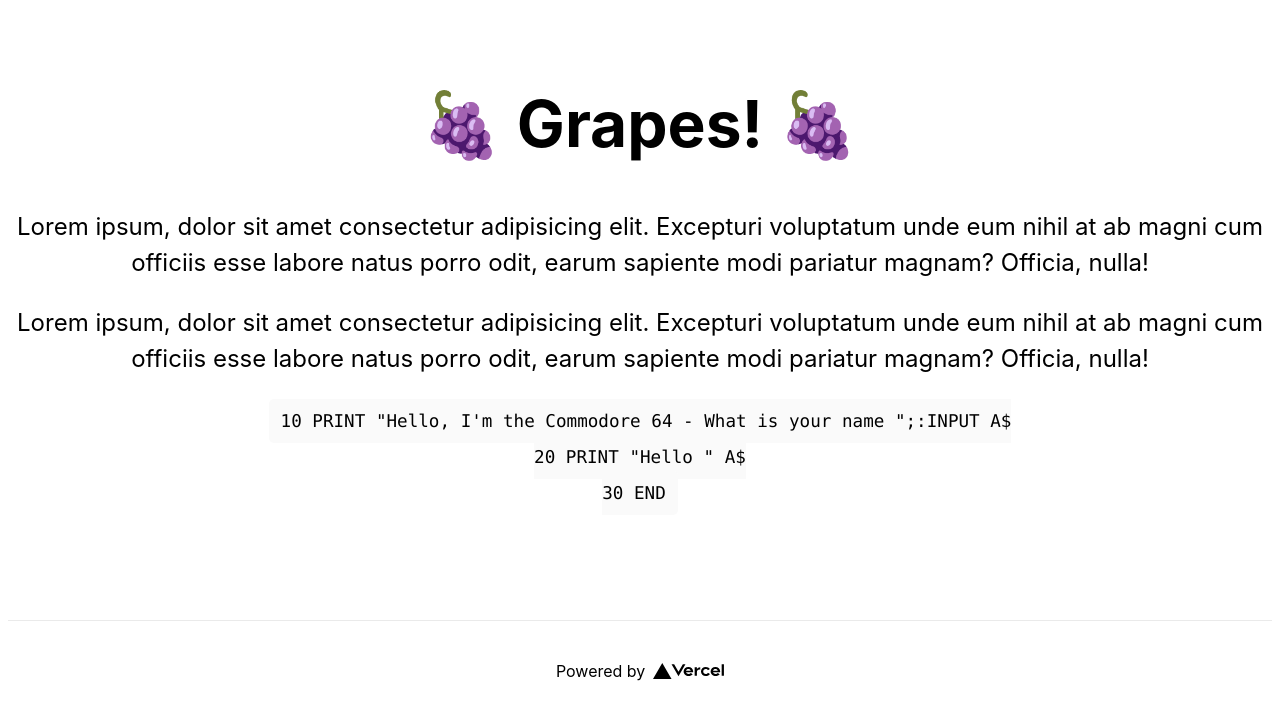
Repository: technogize/next-test-site
Page: /
These files come from the project's save history. The page is drawn as it stood at one moment and after the next save; the edit follows.
The browser window is 1280 px wide. The pictures show the whole page.
The project was rebuilt for these pictures with package versions that can differ from the ones it lists, and the page was loaded fresh each time. The framework's server and built-in components were replaced by stand-ins that run in the browser.

Above is the page before, as saved 2021-10-02 08:45:57.

### pages/index.js
import Head from 'next/head'
import styles from '../styles/Home.module.css'

export default function Home() {
  return (
    <div className={styles.container}>
      <Head>
        <title>Home 🍇 Mo's Next Site</title>
        <link rel="icon" href="/favicon.ico" />
      </Head>

      <main className={styles.main}>
        <h1 className={styles.title}>
          🍇 Grapes! 🍇
        </h1>

        <p className={styles.description}>
          <p>Lorem ipsum, dolor sit amet consectetur adipisicing elit. Excepturi voluptatum unde eum nihil at ab magni cum officiis esse labore natus porro odit, earum sapiente modi pariatur magnam? Officia, nulla!</p>
          <p>Lorem ipsum, dolor sit amet consectetur adipisicing elit. Excepturi voluptatum unde eum nihil at ab magni cum officiis esse labore natus porro odit, earum sapiente modi pariatur magnam? Officia, nulla!</p>
          <code className={styles.code}>
            10 PRINT "Hello, I'm the Commodore 64 - What is your name ";:INPUT A$ <br />
            20 PRINT "Hello " A$<br />
            30 END
          </code>
        </p>

      </main>

      <footer className={styles.footer}>
        <a
          href="https://vercel.com?utm_source=create-next-app&utm_medium=default-template&utm_campaign=create-next-app"
          target="_blank"
          rel="noopener noreferrer"
        >
          Powered by{' '}
          <img src="/vercel.svg" alt="Vercel Logo" className={styles.logo} />
        </a>
      </footer>
    </div>
  )
}

Loaded but not shown: pages/_app.js (common file); styles/globals.css (common file); styles/Home.module.css (common file)

After the next save:
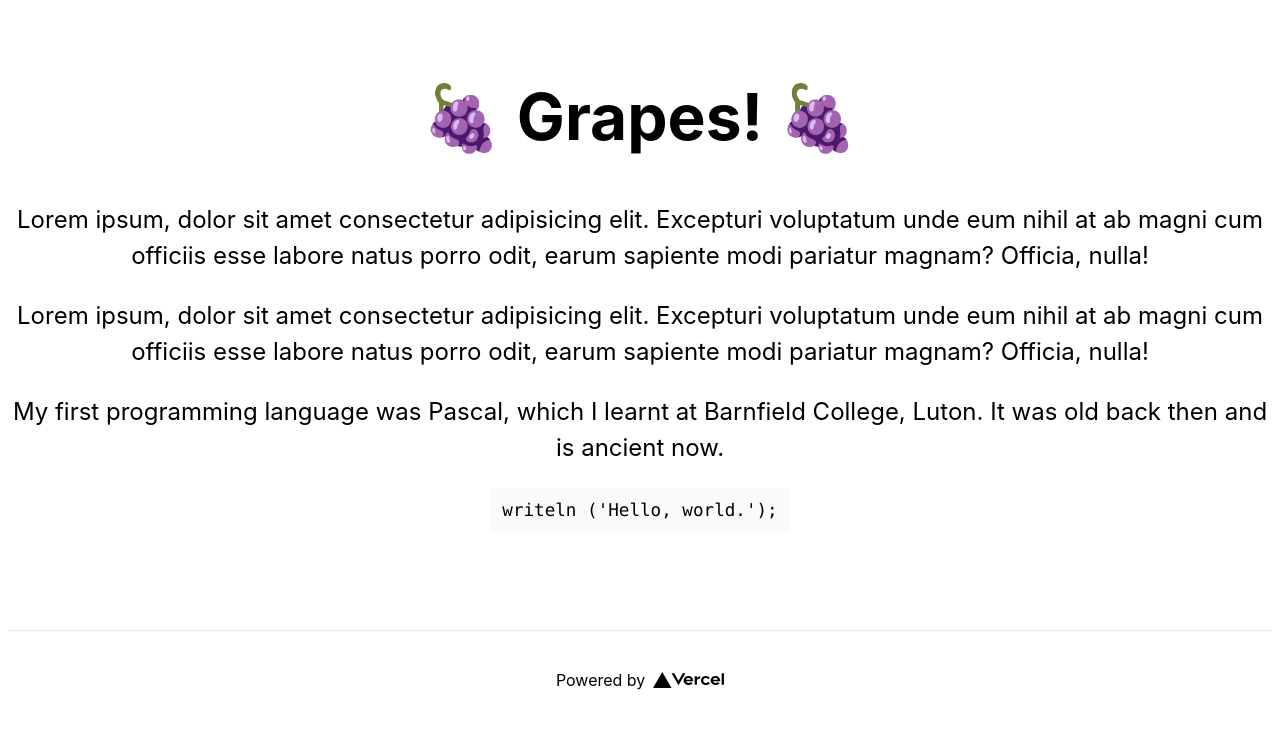
Saved 94 s later.
--- a/pages/index.js
+++ b/pages/index.js
@@ -17,10 +17,9 @@ export default function Home() {
         <p className={styles.description}>
           <p>Lorem ipsum, dolor sit amet consectetur adipisicing elit. Excepturi voluptatum unde eum nihil at ab magni cum officiis esse labore natus porro odit, earum sapiente modi pariatur magnam? Officia, nulla!</p>
           <p>Lorem ipsum, dolor sit amet consectetur adipisicing elit. Excepturi voluptatum unde eum nihil at ab magni cum officiis esse labore natus porro odit, earum sapiente modi pariatur magnam? Officia, nulla!</p>
+          <p>My first programming language was Pascal, which I learnt at Barnfield College, Luton. It was old back then and is ancient now.</p>
           <code className={styles.code}>
-            10 PRINT "Hello, I'm the Commodore 64 - What is your name ";:INPUT A$ <br />
-            20 PRINT "Hello " A$<br />
-            30 END
+            writeln ('Hello, world.');
           </code>
         </p>
 
